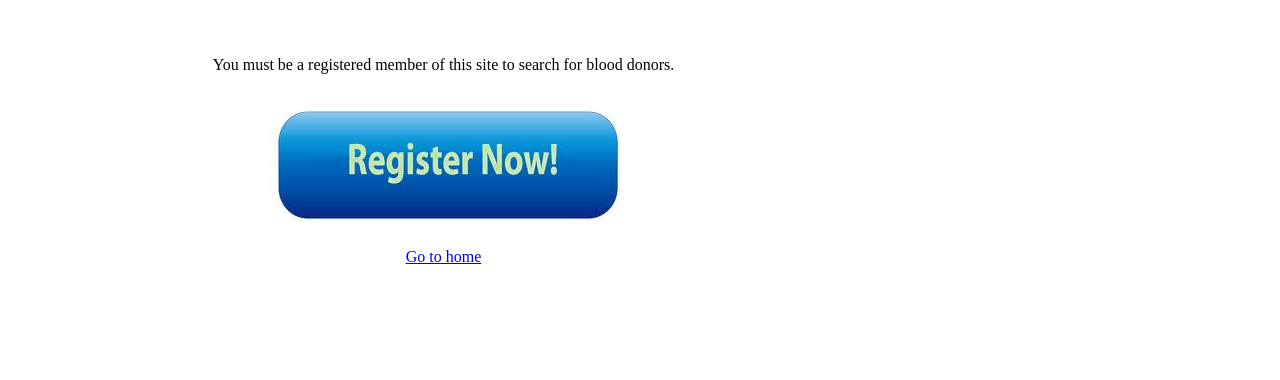
Repository: bingoarun/innovo
Page: http://localhost/blooddon/blooddonor/search_without_login.jsp
These files come from the project's save history. The page is drawn as it stood at one moment and after the next save; the edit follows.
The browser window is 1280 px wide. The pictures show the whole page.
The page is served by Tomcat 9.

Above is the page before, as saved 2012-03-21 15:16:37.

After the next save:
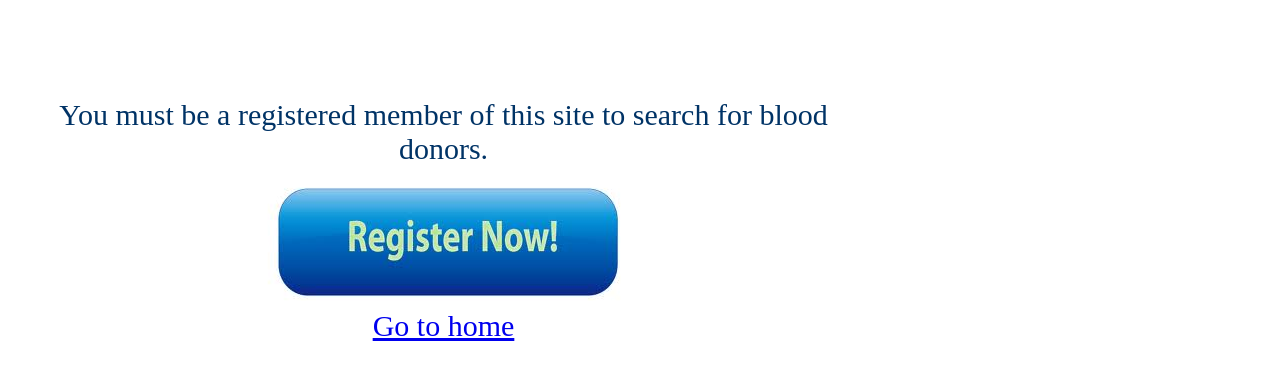
Saved 75 s later.
--- a/Project/blooddon/blooddon/WebContent/blooddonor/search_without_login.jsp
+++ b/Project/blooddon/blooddon/WebContent/blooddonor/search_without_login.jsp
@@ -4,7 +4,7 @@
 <head>
 <meta http-equiv="Content-Type" content="text/html; charset=utf-8" />
 <title>Untitled Document</title>
-<link href="../formdesign.css" rel="stylesheet" type="text/css" />
+<link href="formdesign.css" rel="stylesheet" type="text/css" />
 </head>
 
 <body class="bigg">
